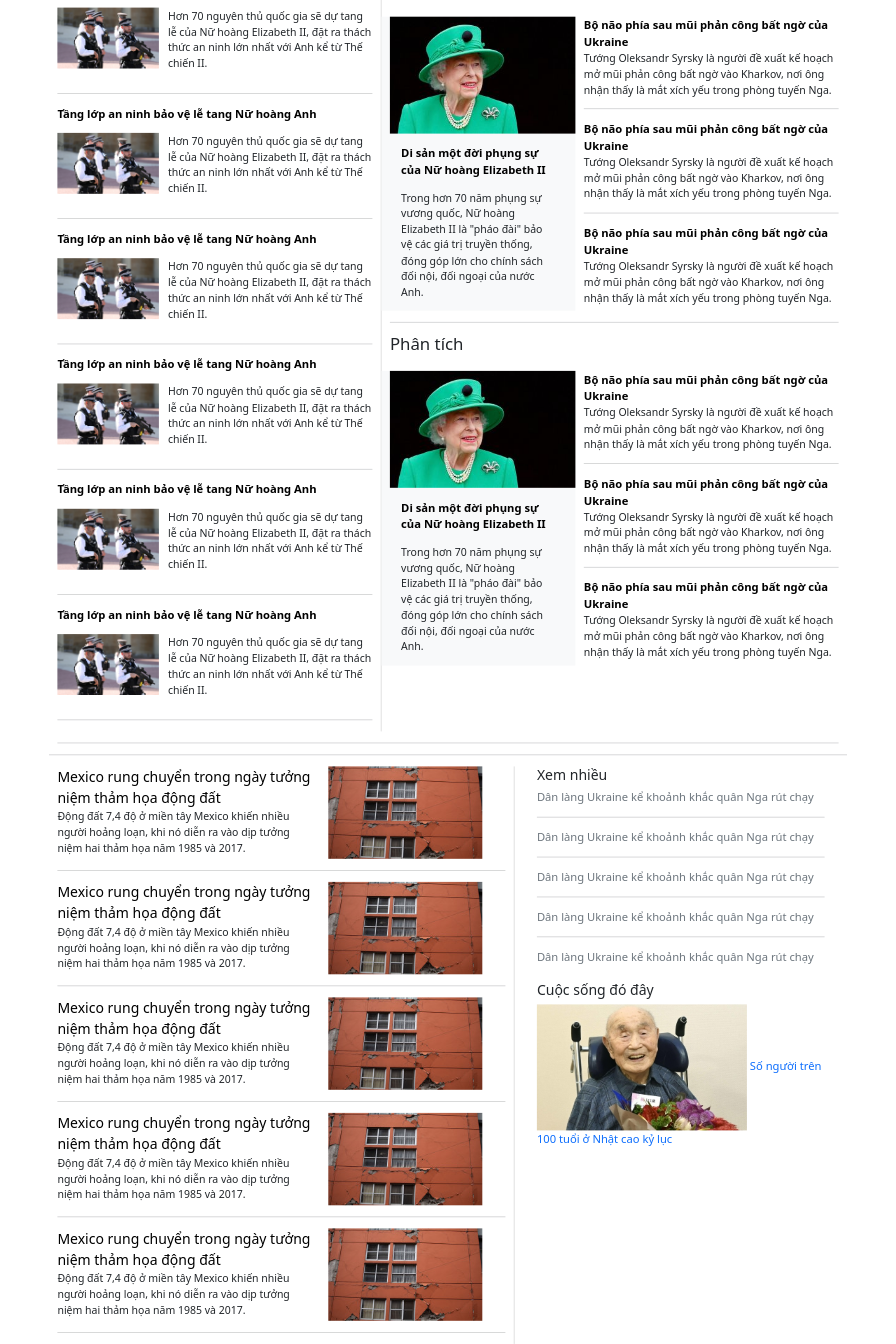
Repository: trongtamdev/lession1_html_sleepcloud
Page: vnExpress.html
These files come from the project's save history. The page is drawn as it stood at one moment and after a run of saves; the edit follows.
The browser window is 1280 px wide. The pictures show the part of the page from y = 707 to 2627 px (the page is 2627 px tall), at 70% of full size.

Above is the page before, as saved 2022-09-20 15:36:42.

### vnExpress.html
<!DOCTYPE html>
<html lang="en">
  <head>
    <meta charset="UTF-8" />
    <meta http-equiv="X-UA-Compatible" content="IE=edge" />
    <meta name="viewport" content="width=device-width, initial-scale=1.0" />
    <title>VNExpress</title>
    <link href="./styles/bootstrap.css" rel="stylesheet" />
    <link href="./styles/main.css" rel="stylesheet" />
  </head>
  <body>
    <div class="container">
      <div class="row">
        <div class="col-lg-8 mt-3">
          <div class="row bg-light">
            <div class="col-8">
              <img
                class="img-fluid"
                src="./assets/vnEpressImage/spotlight.jpg"
                alt="img-spotlight"
              />
            </div>
            <div class="col-4 mt-3">
              <h4><b>Tầng lớp an ninh bảo vệ lễ tang Nữ hoàng Anh</b></h4>
              <div class="mb-3">
                Hơn 70 nguyên thủ quốc gia sẽ dự tang lễ của Nữ hoàng Elizabeth
                II, đặt ra thách thức an ninh lớn nhất với Anh kể từ Thế chiến
                II.
              </div>
              <span class="text-muted">1' trước</span>
              <span class="text-muted mx-2">Thế giới</span>
            </div>
          </div>
          <hr />
          <div class="row">
            <div class="col-4">
              <a class="title-post" href="#">
                <b>
                  Điện Kremlin nói Nga - Trung không tìm cách kiểm soát thế
                  giới</b
                >
              </a>
              <div>
                Điện Kremlin cho rằng Nga, Trung Quốc không tìm cách kiểm soát
                thế giới "như những nước khác" và tố Mỹ là nguồn cơn của các
                hành động khiêu khích.
              </div>
            </div>
            <div class="col-4">
              <a class="title-post" href="#">
                <b> Ukraine tuyên bố chọc thủng phòng tuyến ven sông của Nga</b>
              </a>
              <div>
                Quân đội Ukraine tuyên bố các binh sĩ đã vượt sông Oskil đoạn
                chảy qua tỉnh Kharkov và phá vỡ phòng tuyến của lực lượng Nga.
              </div>
            </div>
            <div class="col-4">
              <a class="title-post" href="#">
                <b> Khoảnh khắc căn phòng đổ sập trong động đất Đài Loan</b>
              </a>
              <div>
                Phòng chơi cầu lông ở phía bắc Đài Loan rung lắc dữ dội và đổ
                sập trong lúc trận động đất mạnh 6,8 độ tấn công hòn đảo.
              </div>
            </div>
          </div>
          <hr />
          <div class="">
            <span class="text-muted">Chủ đề</span>
            <a class="ms-4 title-link" href="#"
              >Nữ hoàng Anh Elizabeth II qua đời</a
            >
          </div>
          <hr />
        </div>
        <!--END: LEFT SIDE 8 SPOTLIGHT-->

        <div class="col-lg-4 mt-3">
          <div class="row mt-3">
            <div class="col-7">
              <div>Alcaraz đưa Tây Ban Nha vào tứ kết Davis Cup Finals</div>
            </div>
            <div class="col-5">
              <img class="img" src="./assets/vnEpressImage/side-picture.jpg" />
            </div>
          </div>
          <hr />
          <div class="row mt-3">
            <div class="col-7">
              <div>Alcaraz đưa Tây Ban Nha vào tứ kết Davis Cup Finals</div>
            </div>
            <div class="col-5">
              <img class="img" src="./assets/vnEpressImage/side-picture.jpg" />
            </div>
          </div>
          <hr />
          <div class="row mt-3">
            <div class="col-7">
              <div>Alcaraz đưa Tây Ban Nha vào tứ kết Davis Cup Finals</div>
            </div>
            <div class="col-5">
              <img class="img" src="./assets/vnEpressImage/side-picture.jpg" />
            </div>
          </div>
          <hr />
          <div class="row mt-3">
            <div class="col-7">
              <div>Alcaraz đưa Tây Ban Nha vào tứ kết Davis Cup Finals</div>
            </div>
            <div class="col-5">
              <img class="img" src="./assets/vnEpressImage/side-picture.jpg" />
            </div>
          </div>
          <hr />
          <div class="row mt-3">
            <div class="col-7">
              <div>Alcaraz đưa Tây Ban Nha vào tứ kết Davis Cup Finals</div>
            </div>
            <div class="col-5">
              <img class="img" src="./assets/vnEpressImage/side-picture.jpg" />
            </div>
          </div>
          <hr />
          <div class="row mt-3">
            <div class="col-7">
              <div>Alcaraz đưa Tây Ban Nha vào tứ kết Davis Cup Finals</div>
            </div>
            <div class="col-5">
              <img class="img" src="./assets/vnEpressImage/side-picture.jpg" />
            </div>
          </div>
          <hr />
        </div>
        <!--END: RIGHT SIDE 4-->
      </div>
      <!-- END: Spotlight-->
      <div class="row mt-3">
        <div class="col-lg-5 border-right">
          <div class="row">
            <a class="title-post mb-3" href="#">
              <b>Tầng lớp an ninh bảo vệ lễ tang Nữ hoàng Anh</b>
            </a>
            <div class="col-4">
              <img class="img-side" src="./assets/vnEpressImage/side.jpg" />
            </div>
            <div class="col-8">
              <div>
                <p class="side-text">
                  Hơn 70 nguyên thủ quốc gia sẽ dự tang lễ của Nữ hoàng
                  Elizabeth II, đặt ra thách thức an ninh lớn nhất với Anh kể từ
                  Thế chiến II.
                </p>
              </div>
            </div>
          </div>
          <hr />
          <div class="row">
            <a class="title-post mb-3" href="#">
              <b>Tầng lớp an ninh bảo vệ lễ tang Nữ hoàng Anh</b>
            </a>
            <div class="col-4">
              <img class="img-side" src="./assets/vnEpressImage/side.jpg" />
            </div>
            <div class="col-8">
              <div>
                <p class="side-text">
                  Hơn 70 nguyên thủ quốc gia sẽ dự tang lễ của Nữ hoàng
                  Elizabeth II, đặt ra thách thức an ninh lớn nhất với Anh kể từ
                  Thế chiến II.
                </p>
              </div>
            </div>
          </div>
          <hr />
          <div class="row">
            <a class="title-post mb-3" href="#">
              <b>Tầng lớp an ninh bảo vệ lễ tang Nữ hoàng Anh</b>
            </a>
            <div class="col-4">
              <img class="img-side" src="./assets/vnEpressImage/side.jpg" />
            </div>
            <div class="col-8">
              <div>
                <p class="side-text">
                  Hơn 70 nguyên thủ quốc gia sẽ dự tang lễ của Nữ hoàng
                  Elizabeth II, đặt ra thách thức an ninh lớn nhất với Anh kể từ
                  Thế chiến II.
                </p>
              </div>
            </div>
          </div>
          <hr />
          <div class="row">
            <a class="title-post mb-3" href="#">
              <b>Tầng lớp an ninh bảo vệ lễ tang Nữ hoàng Anh</b>
            </a>
            <div class="col-4">
              <img class="img-side" src="./assets/vnEpressImage/side.jpg" />
            </div>
            <div class="col-8">
              <div>
                <p class="side-text">
                  Hơn 70 nguyên thủ quốc gia sẽ dự tang lễ của Nữ hoàng
                  Elizabeth II, đặt ra thách thức an ninh lớn nhất với Anh kể từ
                  Thế chiến II.
                </p>
              </div>
            </div>
          </div>
          <hr />
          <div class="row">
            <a class="title-post mb-3" href="#">
              <b>Tầng lớp an ninh bảo vệ lễ tang Nữ hoàng Anh</b>
            </a>
            <div class="col-4">
              <img class="img-side" src="./assets/vnEpressImage/side.jpg" />
            </div>
            <div class="col-8">
              <div>
                <p class="side-text">
                  Hơn 70 nguyên thủ quốc gia sẽ dự tang lễ của Nữ hoàng
                  Elizabeth II, đặt ra thách thức an ninh lớn nhất với Anh kể từ
                  Thế chiến II.
                </p>
              </div>
            </div>
          </div>
          <hr />
          <div class="row">
            <a class="title-post mb-3" href="#">
              <b>Tầng lớp an ninh bảo vệ lễ tang Nữ hoàng Anh</b>
            </a>
            <div class="col-4">
              <img class="img-side" src="./assets/vnEpressImage/side.jpg" />
            </div>
            <div class="col-8">
              <div>
                <p class="side-text">
                  Hơn 70 nguyên thủ quốc gia sẽ dự tang lễ của Nữ hoàng
                  Elizabeth II, đặt ra thách thức an ninh lớn nhất với Anh kể từ
                  Thế chiến II.
                </p>
              </div>
            </div>
          </div>
          <hr />
        </div>
        <!--END: SIDE CONTENT 5-->
        <div class="col-lg-7">
          <div class="row">
            <h4>Tư liệu</h4>
            <div class="col-5 bg-light mt-3">
              <img class="img-title" src="./assets/vnEpressImage/content.jpg" />

              <div class="px-3 py-3">
                <a class="title-post" href="#">
                  <b>Di sản một đời phụng sự của Nữ hoàng Elizabeth II</b>
                </a>
                <div class="side-text mt-3">
                  Trong hơn 70 năm phụng sự vương quốc, Nữ hoàng Elizabeth II là
                  "pháo đài" bảo vệ các giá trị truyền thống, đóng góp lớn cho
                  chính sách đối nội, đối ngoại của nước Anh.
                </div>
              </div>
            </div>
            <div class="col-7 mt-3">
              <div class="row">
                <a class="title-post" href="#">
                  <b>Bộ não phía sau mũi phản công bất ngờ của Ukraine</b>
                </a>
                <div class="side-text">
                  Tướng Oleksandr Syrsky là người đề xuất kế hoạch mở mũi phản
                  công bất ngờ vào Kharkov, nơi ông nhận thấy là mắt xích yếu
                  trong phòng tuyến Nga.
                </div>
              </div>
              <hr />
              <div class="row">
                <a class="title-post" href="#">
                  <b>Bộ não phía sau mũi phản công bất ngờ của Ukraine</b>
                </a>
                <div class="side-text">
                  Tướng Oleksandr Syrsky là người đề xuất kế hoạch mở mũi phản
                  công bất ngờ vào Kharkov, nơi ông nhận thấy là mắt xích yếu
                  trong phòng tuyến Nga.
                </div>
              </div>
              <hr />
              <div class="row">
                <a class="title-post" href="#">
                  <b>Bộ não phía sau mũi phản công bất ngờ của Ukraine</b>
                </a>
                <div class="side-text">
                  Tướng Oleksandr Syrsky là người đề xuất kế hoạch mở mũi phản
                  công bất ngờ vào Kharkov, nơi ông nhận thấy là mắt xích yếu
                  trong phòng tuyến Nga.
                </div>
              </div>
            </div>
          </div>
          <hr />
          <div class="row">
            <h4>Phân tích</h4>
            <div class="col-5 bg-light mt-3">
              <img class="img-title" src="./assets/vnEpressImage/content.jpg" />

              <div class="px-3 py-3">
                <a class="title-post" href="#">
                  <b>Di sản một đời phụng sự của Nữ hoàng Elizabeth II</b>
                </a>
                <div class="side-text mt-3">
                  Trong hơn 70 năm phụng sự vương quốc, Nữ hoàng Elizabeth II là
                  "pháo đài" bảo vệ các giá trị truyền thống, đóng góp lớn cho
                  chính sách đối nội, đối ngoại của nước Anh.
                </div>
              </div>
            </div>
            <div class="col-7 mt-3">
              <div class="row">
                <a class="title-post" href="#">
                  <b>Bộ não phía sau mũi phản công bất ngờ của Ukraine</b>
                </a>
                <div class="side-text">
                  Tướng Oleksandr Syrsky là người đề xuất kế hoạch mở mũi phản
                  công bất ngờ vào Kharkov, nơi ông nhận thấy là mắt xích yếu
                  trong phòng tuyến Nga.
                </div>
              </div>
              <hr />
              <div class="row">
                <a class="title-post" href="#">
                  <b>Bộ não phía sau mũi phản công bất ngờ của Ukraine</b>
                </a>
                <div class="side-text">
                  Tướng Oleksandr Syrsky là người đề xuất kế hoạch mở mũi phản
                  công bất ngờ vào Kharkov, nơi ông nhận thấy là mắt xích yếu
                  trong phòng tuyến Nga.
                </div>
              </div>
              <hr />
              <div class="row">
                <a class="title-post" href="#">
                  <b>Bộ não phía sau mũi phản công bất ngờ của Ukraine</b>
                </a>
                <div class="side-text">
                  Tướng Oleksandr Syrsky là người đề xuất kế hoạch mở mũi phản
                  công bất ngờ vào Kharkov, nơi ông nhận thấy là mắt xích yếu
                  trong phòng tuyến Nga.
                </div>
              </div>
            </div>
          </div>
        </div>
        <!--END: CONTENT 7-->
      </div>
      <hr />
      <div class="row mt-3">
        <hr />
        <div class="col-lg-7 border-right">
          <div class="row">
            <div class="col-7">
              <a class="title-content" href="#"
                >Mexico rung chuyển trong ngày tưởng niệm thảm họa động đất</a
              >
              <div class="side-text">
                Động đất 7,4 độ ở miền tây Mexico khiến nhiều người hoảng loạn,
                khi nó diễn ra vào dịp tưởng niệm hai thảm họa năm 1985 và 2017.
              </div>
            </div>
            <div class="col-5">
              <img
                class="img-content"
                src="./assets/vnEpressImage/content-medium.jpg"
              />
            </div>
          </div>
          <hr />

          <div class="row">
            <div class="col-7">
              <a class="title-content" href="#"
                >Mexico rung chuyển trong ngày tưởng niệm thảm họa động đất</a
              >
              <div class="side-text">
                Động đất 7,4 độ ở miền tây Mexico khiến nhiều người hoảng loạn,
                khi nó diễn ra vào dịp tưởng niệm hai thảm họa năm 1985 và 2017.
              </div>
            </div>
            <div class="col-5">
              <img
                class="img-content"
                src="./assets/vnEpressImage/content-medium.jpg"
              />
            </div>
          </div>
          <hr />

          <div class="row">
            <div class="col-7">
              <a class="title-content" href="#"
                >Mexico rung chuyển trong ngày tưởng niệm thảm họa động đất</a
              >
              <div class="side-text">
                Động đất 7,4 độ ở miền tây Mexico khiến nhiều người hoảng loạn,
                khi nó diễn ra vào dịp tưởng niệm hai thảm họa năm 1985 và 2017.
              </div>
            </div>
            <div class="col-5">
              <img
                class="img-content"
                src="./assets/vnEpressImage/content-medium.jpg"
              />
            </div>
          </div>
          <hr />

          <div class="row">
            <div class="col-7">
              <a class="title-content" href="#"
                >Mexico rung chuyển trong ngày tưởng niệm thảm họa động đất</a
              >
              <div class="side-text">
                Động đất 7,4 độ ở miền tây Mexico khiến nhiều người hoảng loạn,
                khi nó diễn ra vào dịp tưởng niệm hai thảm họa năm 1985 và 2017.
              </div>
            </div>
            <div class="col-5">
              <img
                class="img-content"
                src="./assets/vnEpressImage/content-medium.jpg"
              />
            </div>
          </div>
          <hr />

          <div class="row">
            <div class="col-7">
              <a class="title-content" href="#"
                >Mexico rung chuyển trong ngày tưởng niệm thảm họa động đất</a
              >
              <div class="side-text">
                Động đất 7,4 độ ở miền tây Mexico khiến nhiều người hoảng loạn,
                khi nó diễn ra vào dịp tưởng niệm hai thảm họa năm 1985 và 2017.
              </div>
            </div>
            <div class="col-5">
              <img
                class="img-content"
                src="./assets/vnEpressImage/content-medium.jpg"
              />
            </div>
          </div>
          <hr />
        </div>
        <!--END: CONTENT LIST 7-->
        <div class="col-lg-5">
          <div class="row mx-2">
            <div class="">
              <h5>Xem nhiều</h5>
              <div class="my-2">
                <a class="text-muted" href="#"
                  >Dân làng Ukraine kể khoảnh khắc quân Nga rút chạy
                </a>
                <hr />
              </div>

              <div class="my-2">
                <a class="text-muted" href="#"
                  >Dân làng Ukraine kể khoảnh khắc quân Nga rút chạy
                </a>
                <hr />
              </div>

              <div class="my-2">
                <a class="text-muted" href="#"
                  >Dân làng Ukraine kể khoảnh khắc quân Nga rút chạy
                </a>
                <hr />
              </div>

              <div class="my-2">
                <a class="text-muted" href="#"
                  >Dân làng Ukraine kể khoảnh khắc quân Nga rút chạy
                </a>
                <hr />
              </div>

              <div class="my-2">
                <a class="text-muted" href="#"
                  >Dân làng Ukraine kể khoảnh khắc quân Nga rút chạy
                </a>
              </div>
            </div>

            <div class="mt-3">
              <h5>Cuộc sống đó đây</h5>
              <div class="">
                <img src="./assets/vnEpressImage/side-content-medium.jpg" />
                <a class="">Số người trên 100 tuổi ở Nhật cao kỷ lục</a>
              </div>
            </div>
          </div>
        </div>
        <!--END: CONTENT LIST SIDE 5-->
      </div>
    </div>
  </body>
</html>

### styles/main.css
.bg-blue {
    background: rgb(63,94,251);
}
.bg-gradient-blue {
    background: rgb(63,94,251);
    background: radial-gradient(circle, rgba(63,94,251,1) 0%, rgba(252,70,107,1) 100%);
}
.card-header.bg-blue {
    color: #fff;
    font-weight: bold;
}

.banner {
    background-color: #ddd;
    height: 320px;
}

img.img-frame {
    height: auto;
}
img.img-frame.small {
    width: 100px;
}
img.img-frame.bigsize {
    width: 400px;
}



/* VNExpress */
.img{
    width: 100px;
    height: 60px;

    object-fit: cover;
}

.img-side{
    width: 145px;
    height: 87px;

    object-fit: cover;
}

.img-title{
    width: 265px;
    height: 167px;
}

.img-content{
    width: 220px;
    height: 132px;
}

.side-text{
    font-size: 15px;
}

.border-right{
    border-right: 1px solid lightgray;
}

a{
    text-decoration: none;

}
.title-link{
    color: #9f224e;
}
.title-post{
    color: black;
    text-decoration: none;

    font-size: 16px;
}

.title-content{
    color: black;
    font-size: 20px;
    text-decoration: none;
    font-weight: 500;
}

Loaded but not shown: styles/bootstrap.css (library)

After the next 2 saves:
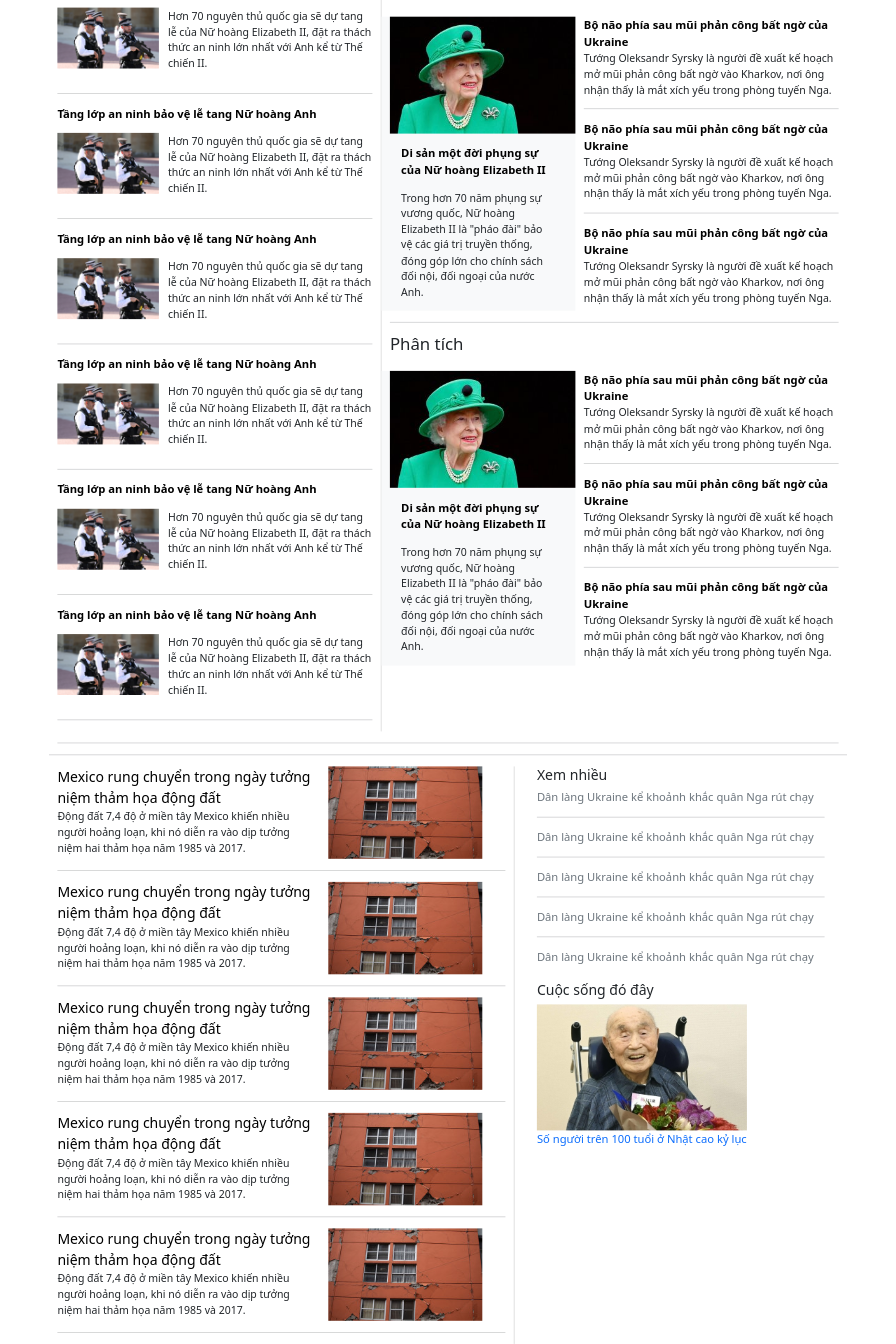
The 2 saves are shown as one change because they came seconds apart.
The last was saved 14 s later.
--- a/vnExpress.html
+++ b/vnExpress.html
@@ -497,8 +497,8 @@
               <h5>Cuộc sống đó đây</h5>
               <div class="">
                 <img src="./assets/vnEpressImage/side-content-medium.jpg" />
-                <a class="">Số người trên 100 tuổi ở Nhật cao kỷ lục</a>
-              </div>
+              </div>
+              <a class="">Số người trên 100 tuổi ở Nhật cao kỷ lục</a>
             </div>
           </div>
         </div>
